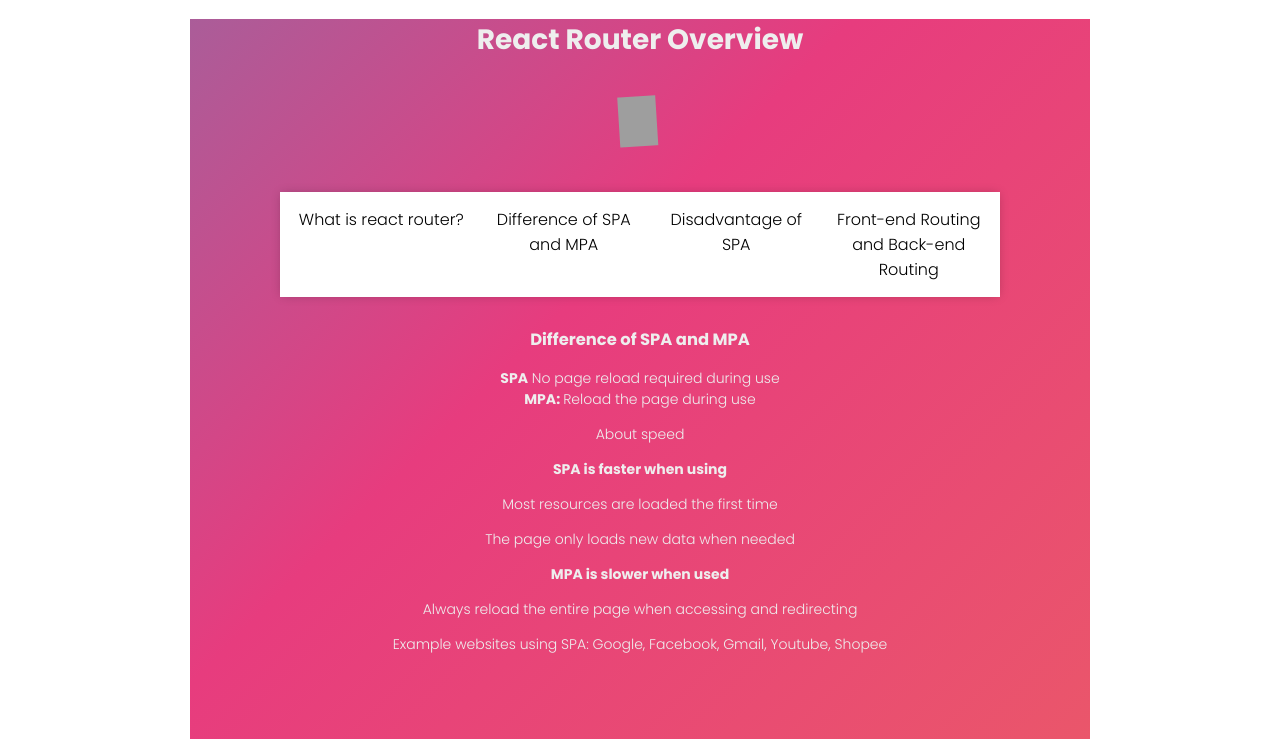
Repository: nguy3nds/2021-18-9-react
Page: /Mai
These files come from the project's save history. The page is drawn as it stood at one moment and after the next save; the edit follows.
The browser window is 1280 px wide. The pictures show the whole page.
Pictures or frames that could not be fetched are drawn as grey boxes. The project was rebuilt for these pictures with package versions that can differ from the ones it lists, and the page was loaded fresh each time. Also part of the build but not shown: src/components/What.js, src/components/Why.js, src/components/Tung.js.

Above is the page before, as saved 2021-09-20 08:40:21.

### src/App.js
import React from "react";
import { BrowserRouter as Router, Switch, Route, Link } from "react-router-dom";
import "./App.css";
import What from "./components/What.js";
import How from "./components/Why";
import Why from "./components/How";
import Tung from "./components/Tung";

import styled, { keyframes } from "styled-components";
const logo =
  "https://lh6.googleusercontent.com/m9VlRb9FHZcqWTBz0msD2FZGpSQs84aAOwwniApLbL1oZWSDJsg4opq2uc81QzPWDtx5QJ2DeO12CFeol6vqJXcSOyp10LGoOW3K_wXIp3UDuQt1XhXE5KeUC8Epkj2hO51asKYe";

export default function App() {
  return (
    <Router>
      <DivContainer>
        <h1>React Router Overview</h1>
        <Rotate>
          <img
            src={logo}
            className="App-logo"
            alt="logo"
            style={{ width: "50px" }}
          />
        </Rotate>
        <nav>
          <ul className="menu">
            <li className="menu-item has-child">
              <Link to="/Nguyen">What is react router?</Link>
            </li>
            <li className="menu-item has-child">
              <Link to="/Mai">Difference of SPA and MPA</Link>
            </li>
            <li className="menu-item has-child">
              <Link to="/Nam">Disadvantage of SPA</Link>
            </li>
            <li className="menu-item has-child">
              <Link to="/Tung">Front-end Routing and Back-end Routing</Link>
            </li>
          </ul>
        </nav>

        <Switch>
          <Route path="/Nguyen">
            <What />
          </Route>
          <Route path="/Mai">
            <Why />
          </Route>
          <Route path="/Nam">
            <How />
          </Route>
          <Route path="/Tung">
            <Tung />
          </Route>
        </Switch>
      </DivContainer>
    </Router>
  );
}

const gradient = keyframes`
	0% {
		background-position: 0% 50%;
	}
	50% {
		background-position: 100% 50%;
	}
	100% {
		background-position: 0% 50%;
	}
`;

const DivContainer = styled.div`
  margin: 0 auto;
  text-align: center;
  min-height: 100vh;
  color: #eee;
  background: linear-gradient(-45deg, #ee7752, #e73c7e, #23a6d5, #23d5ab);
  background-size: 400% 400%;
  animation: ${gradient} 15s ease infinite;
  padding-bottom: 50px;
`;

const rotate360 = keyframes`
  from {
    transform: rotate(0deg);
  }

  to {
    transform: rotate(360deg);
  }
`;

const Rotate = styled.div`
  display: inline-block;
  animation: ${rotate360} 2s linear infinite;
  padding: 2rem 1rem;
  font-size: 1.2rem;
`;

### src/App.css
@import url("https://fonts.googleapis.com/css2?family=Poppins:wght@300;400;600;700&display=swap");
:root {
  --primary: #08aeea;
  --secondary: #13d2b8;
  --purple: #bd93f9;
  --pink: #ff6bcb;
  --blue: #8be9fd;
  --gray: #333;
  --font: "Poppins", sans-serif;
  --gradient: linear-gradient(40deg, #ff6ec4, #7873f5);
  --shadow: 0 0 15px 0 rgba(0, 0, 0, 0.05);
}
*,
*:before,
*:after {
  box-sizing: border-box;
}
html {
  font-size: 62.5%;
  text-align: center;
}

body {
  font-family: var(--font);
  font-size: 1.4rem;
  overflow-x: hidden;
  font-weight: 300;
  width: 900px;
  margin: 0 auto;
}

img {
  max-width: 100%;
}

a {
  text-decoration: none;
  font-family: var(--font);
  font-size: 1.6rem;
  color: black;
}

input,
button,
textarea,
select {
  font-family: var(--font);
  font-size: 1.4rem;
  font-weight: 300;
  outline: none;
  border: 0;
  margin: 0;
  padding: 0;
  border-radius: 0;
  -webkit-appearance: none;
}

button {
  cursor: pointer;
}

.menu {
  position: relative;
  max-width: 800px;
  margin: 30px auto;
  display: grid;
  grid-template-columns: 1fr 1fr 1fr 1fr;
  justify-content: center;
  background-color: white;
  padding: 1.5rem;
  box-shadow: 0 0 10px -2px rgba(0, 0, 0, 0.25);
}

.menu-link {
  font-size: 1.4rem;
  color: #918eae;
  display: block;
}
.menu-link:hover {
  color: #202842;
}

.menu-child-link {
  display: flex;
  align-items: center;
  justify-content: space-between;
  padding: 1.5rem;
  color: #918eae;
}
.menu-child-item {
  position: relative;
}
.menu-child-link:hover {
  color: #202842;
}

.menu-toggle {
  display: none;
}
.nav {
  position: relative;
}
.arrow-right {
  display: none;
}
@media screen and (min-width: 1024px) {
  .arrow-down {
    display: none;
  }
  .arrow-right {
    display: block;
  }
  .menu-item:not(:first-child) {
    margin-left: 2rem;
  }
  .menu-child {
    position: absolute;
    top: 100%;
    left: 0;
    margin-top: 1rem;
    min-width: 20rem;
    background-color: white;
    box-shadow: var(--shadow);
    display: none;
  }
  .menu-child:before {
    content: "";
    position: absolute;
    top: 0;
    left: 0;
    width: 100%;
    height: 1rem;
    background-color: transparent;
    transform: translateY(-100%);
  }
  .menu-child1 {
    top: 0;
    left: 100%;
    margin-top: 0;
  }
  .menu-item.has-child:hover > .menu-child {
    display: block;
  }
  .menu-child-item.has-child:hover > .menu-child {
    display: block;
  }
}

ul {
  padding: 0;
  width: 80%;
  margin: 0 auto;
}

ul li {
  list-style: none;
  padding: 0;
}
@media screen and (max-width: 1023px) {
  .menu {
    position: absolute;
    right: 0;
    top: 100%;
    min-width: 20rem;
    background-color: white;
    box-shadow: var(--shadow);
    flex-direction: column;
    display: none;
    z-index: 100;
  }
  .menu.show,
  .menu-child.show {
    display: block;
  }
  .menu-item:not(:last-child) {
    border-bottom: 1px solid #eee;
  }
  .menu-link {
    padding: 1.5rem;
    display: flex;
    justify-content: space-between;
    align-items: center;
  }
  .menu-child {
    display: none;
    background-color: #f6f6f6;
  }
  .menu-child1 {
    background-color: #eee;
  }
  .menu-toggle {
    width: max-content;
    font-size: 2rem;
    display: block;
    margin-left: auto;
    cursor: pointer;
  }
}

### src/components/How.js
export default function How() {
  return (
    <div>
      <h3>Difference of SPA and MPA</h3>
      <ul>
        <li>
          <b>SPA</b> No page reload required during use
        </li>
        <li>
          <b>MPA: </b> Reload the page during use
        </li>
      </ul>
      <p>About speed</p>
      <ul>
        <li>
          <b>SPA is faster when using</b>
          <p>Most resources are loaded the first time</p>
          <p>The page only loads new data when needed</p>
        </li>
        <li>
          <b>MPA is slower when used</b>
          <p>Always reload the entire page when accessing and redirecting</p>
        </li>
        <li>
          Example websites using SPA: Google, Facebook, Gmail, Youtube, Shopee
        </li>
      </ul>
    </div>
  );
}

Loaded but not shown: public/index.html (common file); src/index.js (common file); src/index.css (common file); src/reportWebVitals.js (common file)

After the next save:
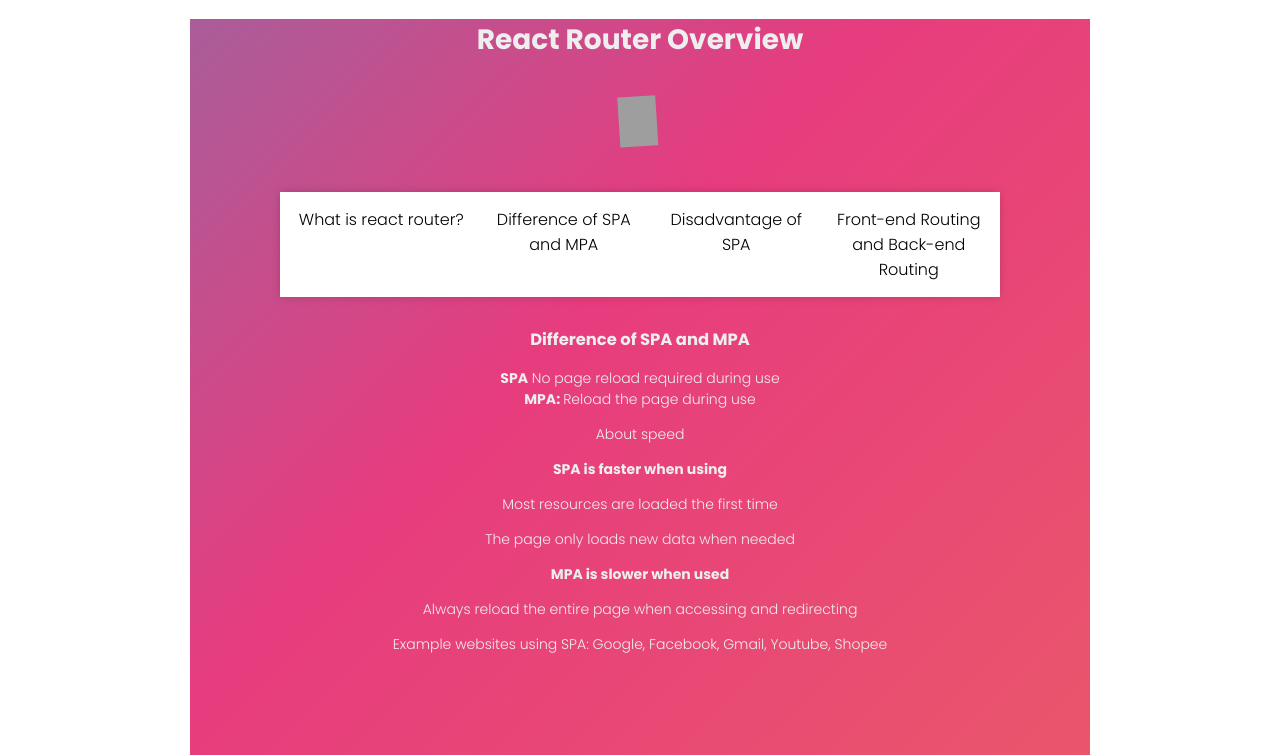
Saved 6 s later.
--- a/src/App.js
+++ b/src/App.js
@@ -79,7 +79,7 @@ const DivContainer = styled.div`
   background: linear-gradient(-45deg, #ee7752, #e73c7e, #23a6d5, #23d5ab);
   background-size: 400% 400%;
   animation: ${gradient} 15s ease infinite;
-  padding-bottom: 50px;
+  padding-bottom: 100px;
 `;
 
 const rotate360 = keyframes`
